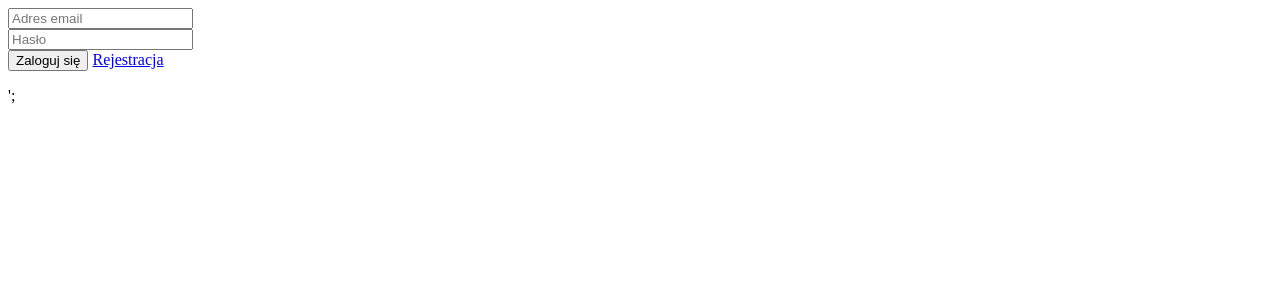
Repository: DaveDavMat/website
Page: http://localhost/logform.php
The author's editor kept a copy of each file at every save. The page is drawn from the files as they stood at one save, then again after the next save.
The browser window is 1280 px wide. The pictures show the whole page.
The page is run by PHP 8.4 with error messages shown; the project is at /var/www/html/.

Above is the page before, as saved 2018-11-27 17:45:27.

### logform.php
<form method="POST" action="zaloguj.php" class="navbar-form navbar-right" role="form">
                             <div class="form-group">
                                  <input type="text" placeholder="Adres email" class="form-control" name="email">
                              </div>
                             <div class="form-group">
                                 <input type="password" placeholder="Hasło" class="form-control" name="password">
                             </div>
                             <button type="submit" class="btn btn-success">Zaloguj się</button>
                             <a href="rejestracja.php" class="btn btn-default">Rejestracja</a>
                        </form>';

After the next save:
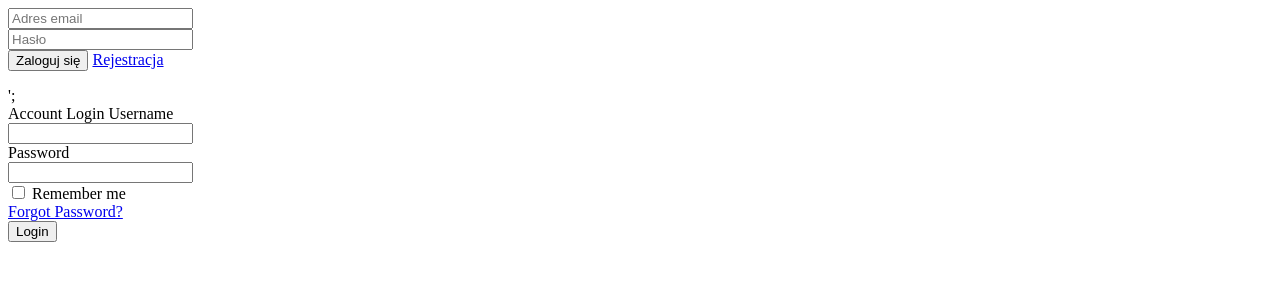
Saved 10 min 11 s later.
--- a/logform.php
+++ b/logform.php
@@ -8,3 +8,61 @@
                              <button type="submit" class="btn btn-success">Zaloguj się</button>
                              <a href="rejestracja.php" class="btn btn-default">Rejestracja</a>
                         </form>';
+
+
+
+	<div class="limiter">
+		<div class="container-login100">
+			<div class="wrap-login100 p-l-85 p-r-85 p-t-55 p-b-55">
+				<form class="login100-form validate-form flex-sb flex-w">
+					<span class="login100-form-title p-b-32">
+						Account Login
+					</span>
+
+					<span class="txt1 p-b-11">
+						Username
+					</span>
+					<div class="wrap-input100 validate-input m-b-36" data-validate = "Username is required">
+						<input class="input100" type="text" name="username" >
+						<span class="focus-input100"></span>
+					</div>
+
+					<span class="txt1 p-b-11">
+						Password
+					</span>
+					<div class="wrap-input100 validate-input m-b-12" data-validate = "Password is required">
+						<span class="btn-show-pass">
+							<i class="fa fa-eye"></i>
+						</span>
+						<input class="input100" type="password" name="pass" >
+						<span class="focus-input100"></span>
+					</div>
+
+					<div class="flex-sb-m w-full p-b-48">
+						<div class="contact100-form-checkbox">
+							<input class="input-checkbox100" id="ckb1" type="checkbox" name="remember-me">
+							<label class="label-checkbox100" for="ckb1">
+								Remember me
+							</label>
+						</div>
+
+						<div>
+							<a href="#" class="txt3">
+								Forgot Password?
+							</a>
+						</div>
+					</div>
+
+					<div class="container-login100-form-btn">
+						<button class="login100-form-btn">
+							Login
+						</button>
+					</div>
+
+				</form>
+			</div>
+		</div>
+	</div>
+
+
+	<div id="dropDownSelect1"></div>
